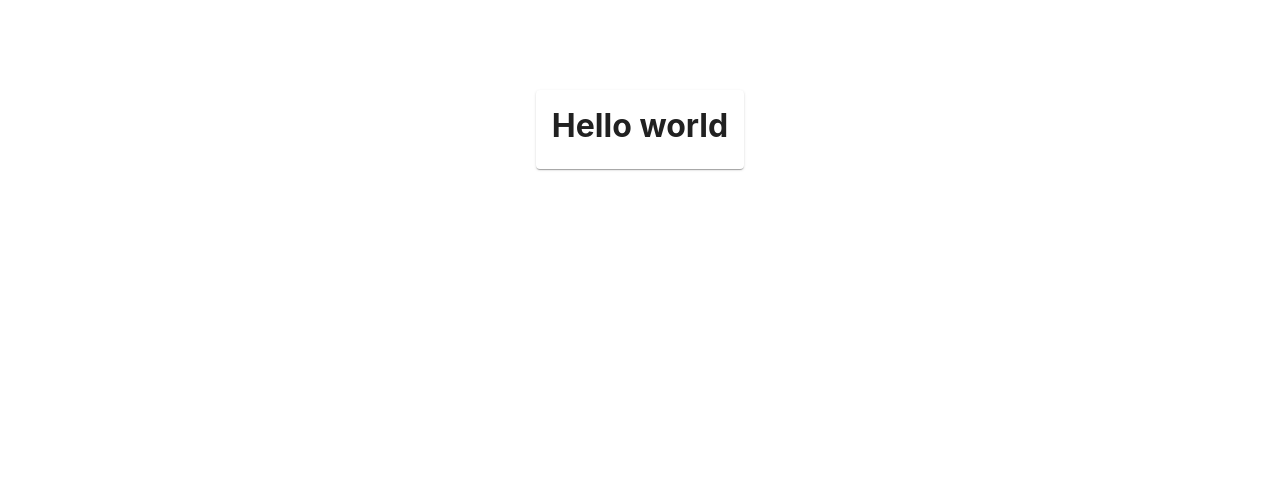
Repository: shehriyarnadeem/globalprototypeclient
Page: /
The author's editor kept a copy of each file at every save. The page is drawn from the files as they stood at one save, then again after the next save.
The browser window is 1280 px wide. The pictures show the whole page.
The project was rebuilt for these pictures with package versions that can differ from the ones it lists, and the page was loaded fresh each time. Also part of the build but not shown: src/App.css.

Above is the page before, as saved 2020-08-30 17:40:41.

After the next save:
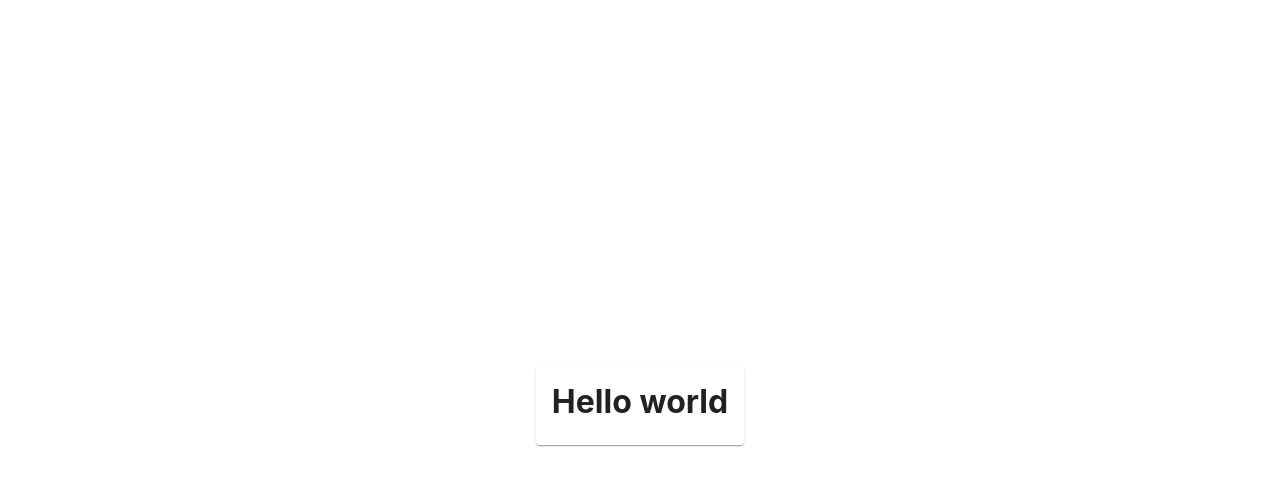
Saved 13 s later.
--- a/src/screens/Login/Login.css
+++ b/src/screens/Login/Login.css
@@ -3,7 +3,7 @@
   background-color: rgb(255, 255, 255);
   display: flex;
   justify-content: center;
-  align-items: flex-start;
+  align-items: center;
 }
 
 .login__container {
